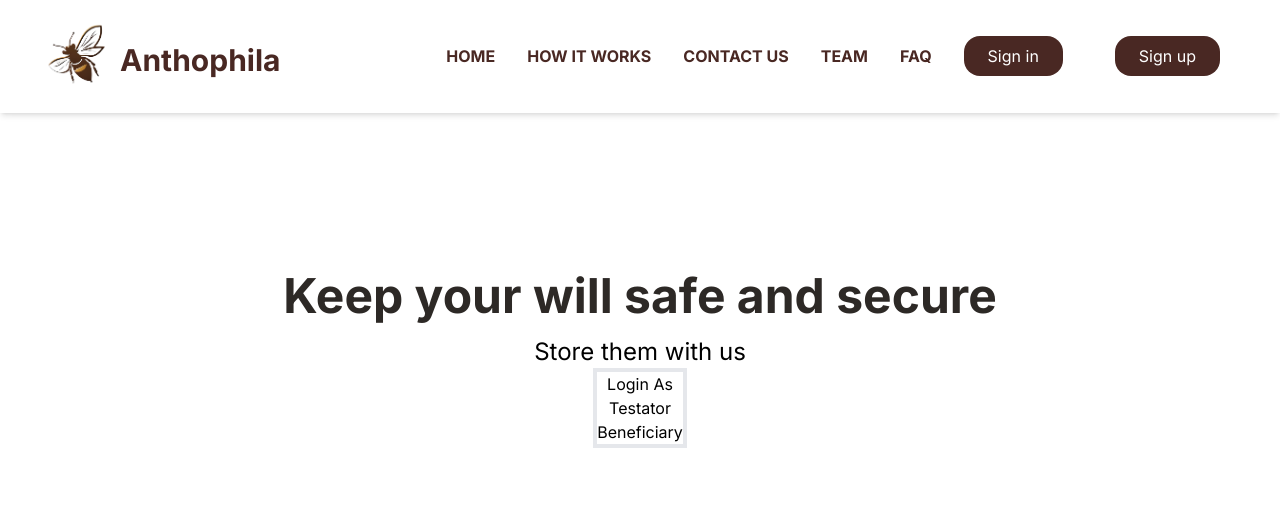
Repository: marcusdashe/anthophila
Page: /
These files come from the project's save history. The page is drawn as it stood at one moment and after the next save; the edit follows.
The browser window is 1280 px wide. The pictures show the whole page.
The project was rebuilt for these pictures with package versions that can differ from the ones it lists, and the page was loaded fresh each time. The framework's server and built-in components were replaced by stand-ins that run in the browser. Also part of the build but not shown: next.config.js, styles/Home.module.css.

Above is the page before, as saved 2023-02-26 17:50:29.

### pages/_document.js
import { Html, Head, Main, NextScript } from 'next/document'

export default function Document() {
  return (
    <Html lang="en">
      <Head>
        <link rel="preconnect" href="https://fonts.googleapis.com" />
        <link rel="preconnect" href="https://fonts.gstatic.com" crossOrigin />
        <link href="https://fonts.googleapis.com/css2?family=Inter:wght@100;200;300;400;500;600&display=swap" rel="stylesheet" />
      </Head>
      <body>
        <Main />
        <NextScript />
      </body>
    </Html>
  )
}

### pages/index.js
import Head from 'next/head'
import Image from 'next/image'
import { Inter } from '@next/font/google'
import styles from '@/styles/Home.module.css'
import { Nav } from '@/components/Nav'
import Hero from '@/components/Hero'

const inter = Inter({ subsets: ['latin'] })

export default function Home() {
  return (
    <>
      <Head>
        <title>Anthophilia</title>
        <meta name="description" content="decentralized platform for storing will" />
        <meta name="viewport" content="width=device-width, initial-scale=1" />
        <link rel="icon" href="/favicon.ico" />
      </Head>
      <Nav />

      {/* <main className="w-full h-screen bg-cover bg-no-repeat bg-center bg-fixed" style={{backgroundImage: "url('/assets/bg-vintage.png')"}}> */}
      <main className="w-full h-screen">
      <Hero />

      </main>
    </>
  )
}

### styles/globals.css
@tailwind base;
@tailwind components;
@tailwind utilities;


@layer base {
    html {

      font-family: 'Inter', sans-serif;
    }
  }

### components/Nav.jsx
import React, { useState } from 'react'
import Button from './Button'
import MenuIcon from '@mui/icons-material/Menu';
import CloseIcon from '@mui/icons-material/Close';

export const Nav = () => {
  let Links = [
    { name: "HOME", link: "/"},
    { name: "HOW IT WORKS", link: "/hiw"},
    { name: "CONTACT US", link: "/contact"},
    { name: "TEAM", link: "/team"},
    { name: "FAQ", link: "/faq"},
  ]
  let [open, setOpen] = useState(false)

  return (
    <div className='shadow-md w-full fixed top-0 left-0'>
        <div className='md:flex items-center justify-between bg-white py-4 md:px-10 px-7'>
            <div className='font-bold text-2xl cursor-pointer flex items-center text-gray-80'>
            <img src="/assets/logo.png" alt="logo" className="object-scale-down h-50 w-20" />
                <span className='text-3xl text-[#492823] mr-1 pt-2'>
                    Anthophila
                </span>
            </div>
            <div onClick={()=> setOpen(!open)} className='text-3xl absolute right-8 top-6 cursor-pointer md:hidden '>
              {open ? <CloseIcon fontSize='large'/> : <MenuIcon fontSize='large'/>}

            </div>
            <ul className={`md:flex md:items-center md:pb-0 pb-12 absolute md:static bg-white md:z-auto z-[-1] left-0 w-full md:w-auto md:pl-0 pl-9 transition-all duration-500 ease-in ${open ? 'top-20 opacity-100' : 'top-[-490px]'} md:opacity-100 opacity-0`}>
              { Links.map((link, idx) => (
                <li key={link.name} className='md:ml-8 text-md font-bold md:my-0 my-7'>
                    <a href={link.link} key={idx} className="text-[#492823] hover:text-[#F5F1F3] duration-500">{link.name}</a>
                </li>
              ))}
              <Button>Sign in</Button>
              <Button>Sign up</Button>
            </ul>
        </div>
    </div>
  )
}

### components/Hero.jsx
import React from 'react'

const Hero = () => {
  return (
        <div className='h-screen flex justify-center items-center flex-col'>

            <header className="">
            <div className="max-w-7xl mx-auto px-4 sm:px-6 lg:px-8 flex flex-col items-center justify-center">
                <h1 className="text-5xl font-bold text-[#2D2926] text-center mb-4">Keep your will safe and secure</h1>
                <p className='text-center text-2xl'>Store them with us</p>
            </div>
            </header>
            <section className='border-4 border-solid border-sky flex justify-center items-center flex-col'>
            <p>Login As</p>
            <button>Testator</button> <button>Beneficiary</button>
            </section>

        </div>

  )
}

export default Hero

### components/Button.jsx
import React from 'react'

const Button = (props) => {
  return (
    <button className='bg-[#492823] w-150 mr-5 text-white py-2 px-6 rounded-2xl md:ml-8 hover:bg-[#F5F1F3] hover:text-[#492823] duration-500'>
        {props.children}
    </button>
  )
}

export default Button

### tailwind.config.js
/** @type {import('tailwindcss').Config} */

module.exports = {
  content: [
    "./app/**/*.{js,ts,jsx,tsx}",
    "./pages/**/*.{js,ts,jsx,tsx}",
    "./components/**/*.{js,ts,jsx,tsx}",
  ],
  theme: {
    extend: {},
  },
  plugins: [],
}

Loaded but not shown: pages/_app.js (common file); pages/api/hello.js (common file)

After the next save:
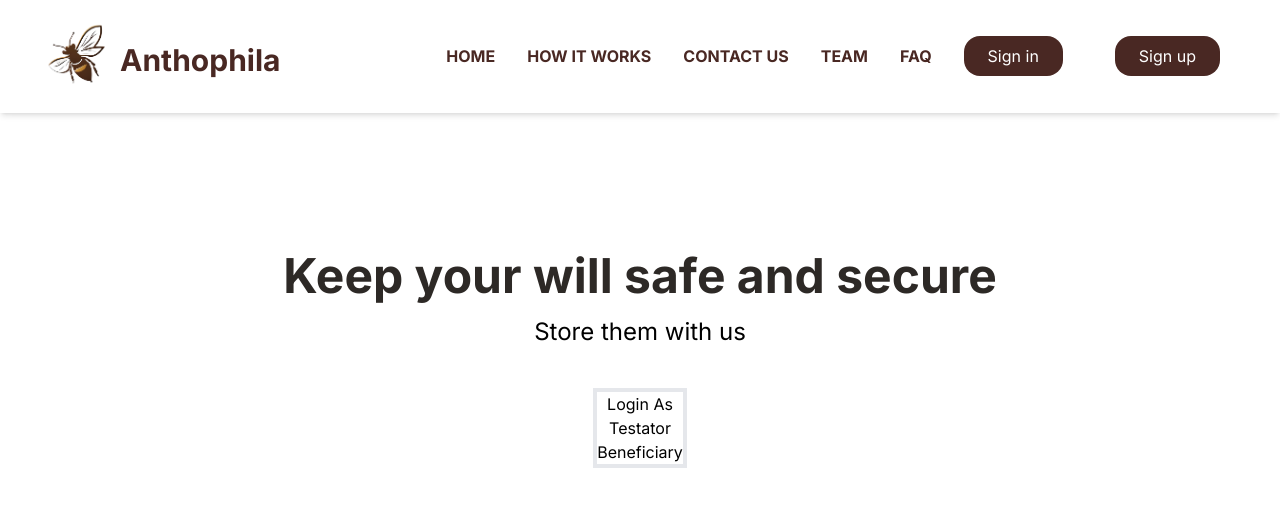
Saved 9 s later.
--- a/components/Hero.jsx
+++ b/components/Hero.jsx
@@ -10,7 +10,7 @@ const Hero = () => {
                 <p className='text-center text-2xl'>Store them with us</p>
             </div>
             </header>
-            <section className='border-4 border-solid border-sky flex justify-center items-center flex-col'>
+            <section className='border-4 border-solid border-sky flex justify-center items-center flex-col mt-10'>
             <p>Login As</p>
             <button>Testator</button> <button>Beneficiary</button>
             </section>

After the save that followed:
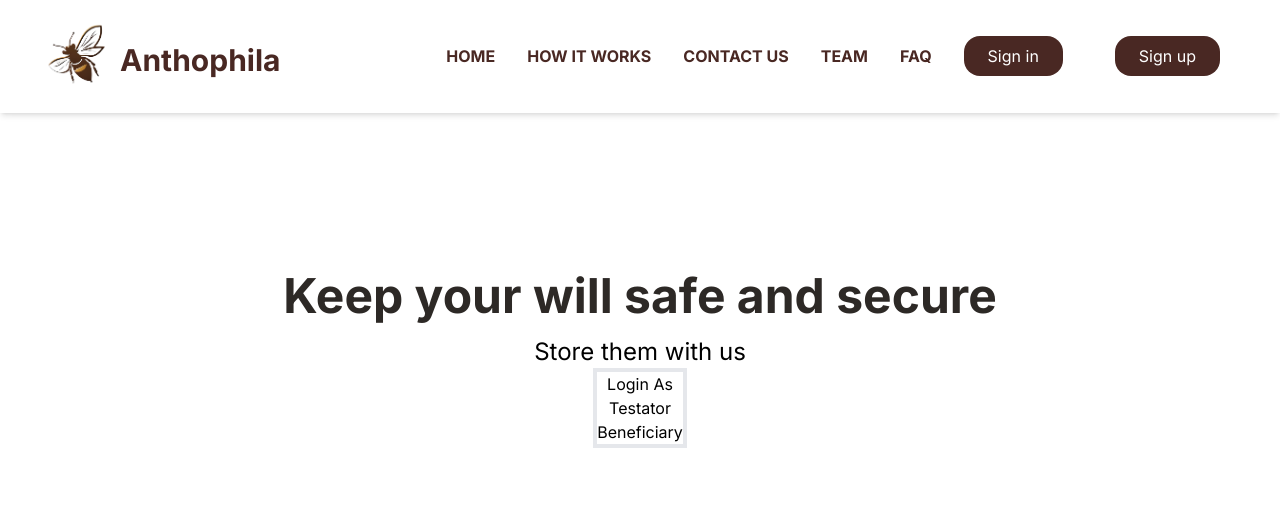
Saved 5 s later.
--- a/components/Hero.jsx
+++ b/components/Hero.jsx
@@ -10,7 +10,7 @@ const Hero = () => {
                 <p className='text-center text-2xl'>Store them with us</p>
             </div>
             </header>
-            <section className='border-4 border-solid border-sky flex justify-center items-center flex-col mt-10'>
+            <section className='border-4 border-solid border-sky flex justify-center items-center flex-col mt-15'>
             <p>Login As</p>
             <button>Testator</button> <button>Beneficiary</button>
             </section>
